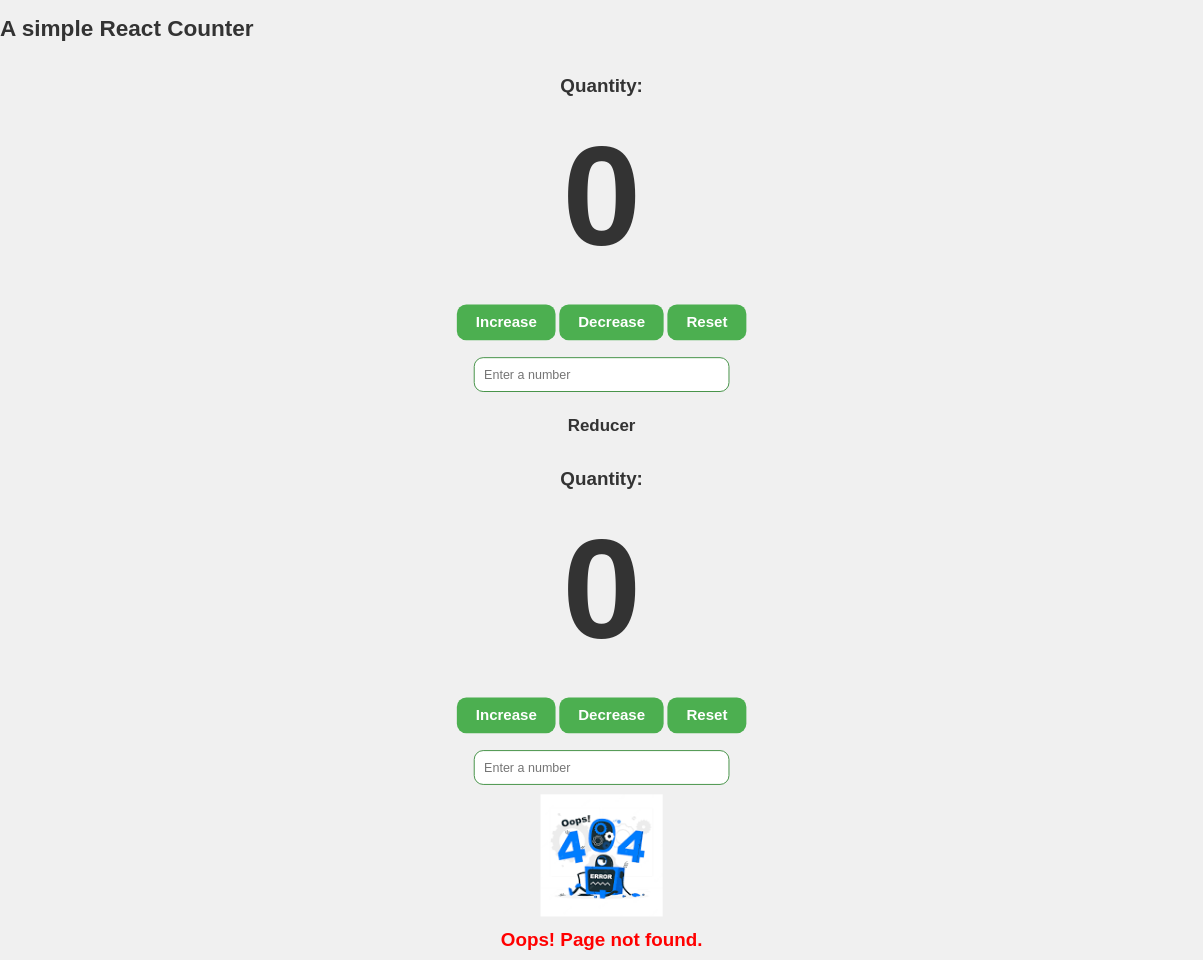
Repository: qudos4real/altschool-second-sem
Page: /
An editor plug-in stored every save of this project. The page is shown before and after the next save, followed by the edit.
The browser window is 1280 px wide. The pictures show the whole page, at 94% of full size.
The project was rebuilt for these pictures with package versions that can differ from the ones it lists, and the page was loaded fresh each time. Also part of the build but not shown: src/App.css, src/Components/ErrorBoundary.js.

Above is the page before, as saved 2022-11-04 15:46:37.

### src/App.js
import React from 'react';
import Counter from './Components/Counter';
import './App.css';
import Reducer from './Components/Reducer';
import Home from './Components/Home';
import NotFound from './Components/NotFound';
import ErrorBoundary from './Components/ErrorBoundary';
import { BrowserRouter as Router, Route, Routes, Link } from 'react-router-dom';



function App() {
  return (
    <>
    <Home />
    <Counter />
    <Reducer />
    <NotFound />
    <ErrorBoundary />

    </>

    // <Router>
    //   <ErrorBoundary >
    //   <nav>
    //     <Link to="/">Home</Link>
    //     <Link to="counter">Counter</Link>
    //     <Link to="reducer">Reducer</Link>
    //     <Link to="ErrorBoundary">ErrorBoundary</Link>
    //     </nav>
    //   <Routes>
    //     <Route path="/" element={<Home />} />
    //     <Route path="/counter" element={<Counter />} />
    //     <Route path="/reducer" element={<Reducer />} />
    //     <Route path="ErrorBoundary" element={<ErrorBoundary />} />
    //     <Route path="*" element={<NotFound />} />
    //   </Routes>
    //   </ErrorBoundary>
    // </Router>
  )
}

export default App

### src/Components/Counter.js
import React from "react";
import { useCounter } from "../hooks/useCounter";
import "../CSS/Counter.css";

function Counter() {
  const quantity = useCounter(0);
  return (
    <div className="container">
      <h3 className="label ">Quantity: </h3>
      <h3 className="value ">{quantity.count} </h3>
      <br />
      <div>
        <button className="btn " onClick={quantity.increment}>
          Increase
        </button>
        <button className="btn " onClick={quantity.decrement}>
          Decrease
        </button>
        <button className="btn " onClick={quantity.reset}>
          Reset
        </button>
      </div>
      <br />
      <input placeholder="Enter a number" className="input "
        type="number"
        onChange={(e) => quantity.setValue(e.target.value)}
      />
    </div>
  );
}

export default Counter;

### src/Components/Reducer.js
import React from "react";
import { useReducer } from "react";
import { reducer } from "../hooks/reducer.1";
import "../CSS/Counter.css"

function Reducer() {
  const [state, dispatch] = useReducer(reducer, { count: 0 });
  return (
    <div className="container">
      <h2>Reducer</h2>

      <h3 className="label "> Quantity: </h3>
      <h3 className="value ">{state.count}</h3>
      <br />
      <div>
      <button className="btn " onClick={() => dispatch({ type: "increment" })}>Increase</button>
      <button className="btn " onClick={() => dispatch({ type: "decrement" })}>Decrease</button>
      <button className="btn " onClick={() => dispatch({ type: "reset" })}>Reset</button>
      </div>
      <br />
      <input
        type="number" placeholder="Enter a number" className="input "
        onMouseLeave={(e) => dispatch({ type: "setValue", value: e.target.value })}
      />
    </div>
  );
}

export default Reducer;

### src/Components/Home.js
import React from "react";
import { Outlet } from "react-router-dom";

function Home() {
  return (
    <div>
      <h1>A simple React Counter</h1>
        <Outlet />

    </div>
  );
}

export default Home;

### src/Components/NotFound.js
import React from 'react'
import image from '../img/404.png'

const NotFound = () => {
    return (
        <div className='container'>
            <img src={image} alt="" />
            <h1 className='notFound'>
            Oops! Page not found.
            </h1>
        </div>
    )
}

export default NotFound

### src/hooks/useCounter.js
import { useState } from "react";

export const useCounter = (initialValue) => {
    const [count, setCount] = useState(initialValue);
    const increment = () => {
        setCount(count + 1);
    };
    const decrement = () => {
        count > 0 && setCount(count - 1);
    };
    const reset = () => {
        setCount(initialValue);
    };
    const setValue = (value) => {
        setCount(value);
    };
    return { count, increment, decrement, reset, setValue };
};

### src/CSS/Counter.css
body {
  background-color: #f0f0f0;
  font-family: Arial, Helvetica, sans-serif;
  font-size: 12px;
  color: #333;
  margin: 0;
  padding: 0;
  box-sizing: border-box;
}
.container {
  width: 50%;
  max-width: 500px;
  margin: 0 auto;
  padding: 0 20px;
  display: flex;
  justify-content: center;
  align-items: center;
  flex-direction: column;
  /* border: 1px solid #3e8e41; */
}

.btn {
  background-color: #4caf50;
  border: none;
  color: white;
  padding: 10px 20px;
  text-align: center;
  text-decoration: none;
  display: inline-block;
  font-size: 16px;
  margin: 4px 2px;
  cursor: pointer;
  border-radius: 10px;
  font-weight: bold;
}
.btn:hover {
  background-color: #3e8e41;
}
.input {
  width: 50%;
  max-width: 500px;
  padding: 10px;
  border: 1px solid #3e8e41;
  border-radius: 10px;
  margin-bottom: 10px;
}
.label {
  font-size: 20px;
  font-weight: bold;
  margin-bottom: 10px;
}
.value {
  font-size: 150px;
  font-weight: bold;
  margin-bottom: 10px;
  margin-top: 10px;
}
.notFound{
    font-size: 20px;
    font-weight: bold;
    margin-bottom: 10px;
    color: red;
}

### src/hooks/reducer.1.js
export function reducer(state, action) {
    switch (action.type) {
        case "increment":
            return { count: state.count + 1 };
        case "decrement":
            return { count: state.count - 1 };
        case "reset":
            return { count: 0 };
        case "setValue":
            return { count: action.value };
        default:
            return state;
    }
}

Loaded but not shown: public/index.html (common file); src/index.js (common file); src/index.css (common file); src/reportWebVitals.js (common file)

After the next save:
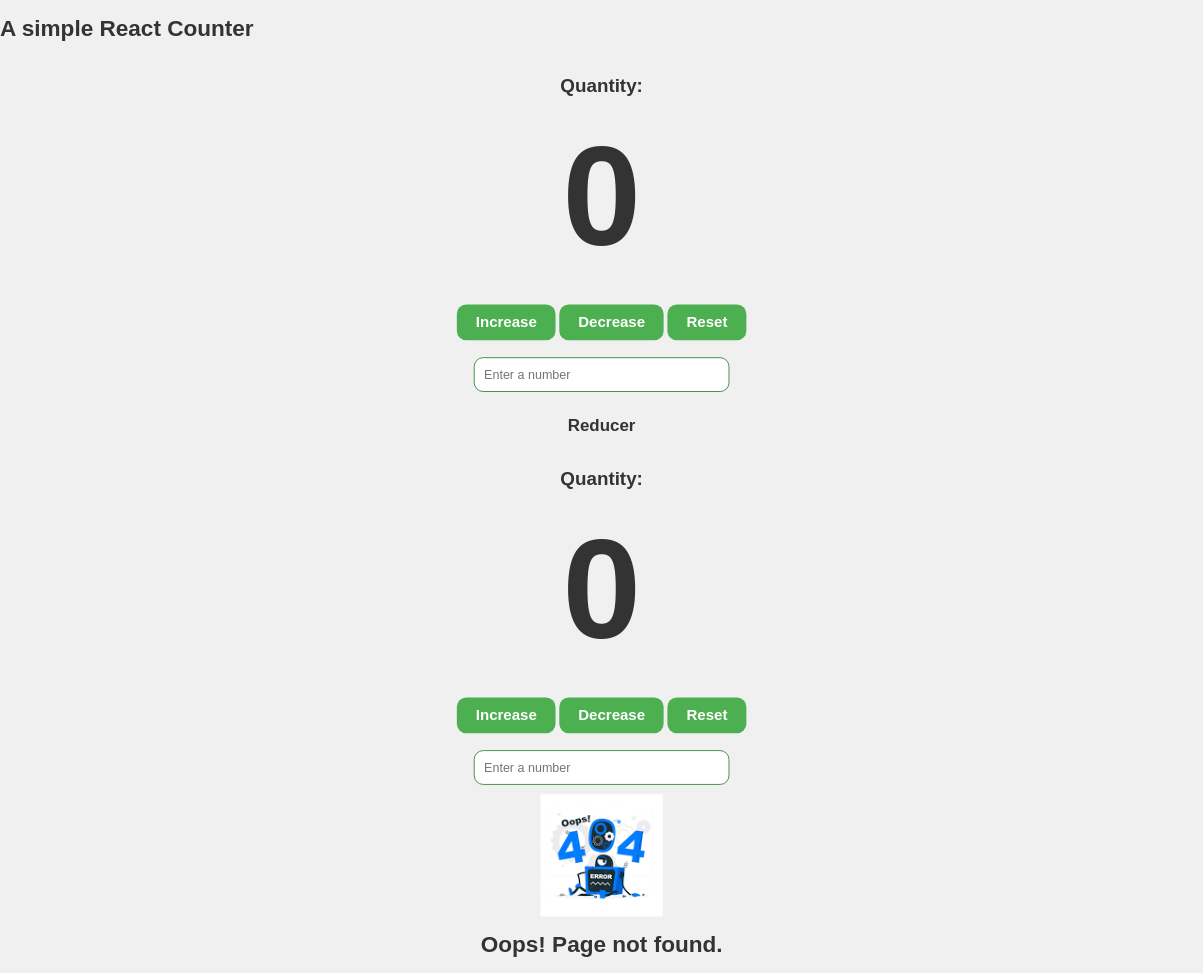
Saved 37 s later.
--- a/src/Components/NotFound.js
+++ b/src/Components/NotFound.js
@@ -5,7 +5,7 @@ const NotFound = () => {
     return (
         <div className='container'>
             <img src={image} alt="" />
-            <h1 className='notFound'>
+            <h1 className='notFoundText'>
             Oops! Page not found.
             </h1>
         </div>

After the save that followed:
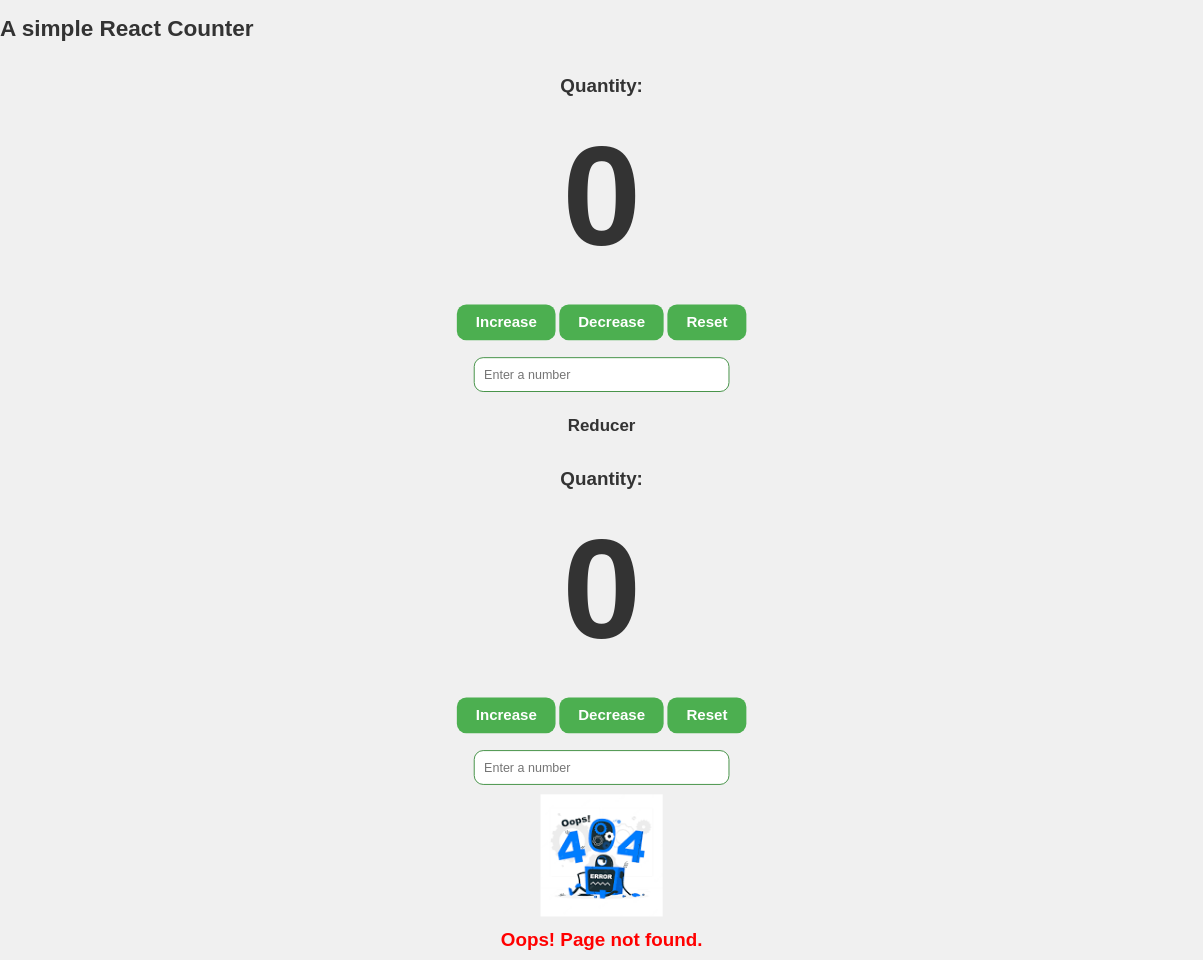
Saved 22 s later.
--- a/src/CSS/Counter.css
+++ b/src/CSS/Counter.css
@@ -55,7 +55,7 @@ body {
   margin-bottom: 10px;
   margin-top: 10px;
 }
-.notFound{
+.notFoundText{
     font-size: 20px;
     font-weight: bold;
     margin-bottom: 10px;
